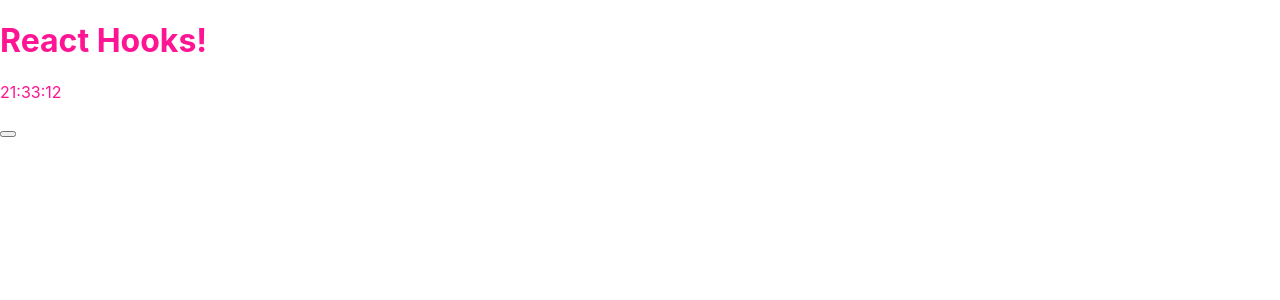
Repository: TranNgocPhuongNhi/react-hooks-basic
Page: /
The author's editor kept a copy of each file at every save. The page is drawn from the files as they stood at one save, then again after the next save.
The browser window is 1280 px wide. The pictures show the whole page.
The page's requests for data from a server got no answer. The project was rebuilt for these pictures with package versions that can differ from the ones it lists, and the page was loaded fresh each time. No one was signed in, and anything a server would have sent is missing. Also part of the build but not shown: src/components/TodoList/index.jsx, src/components/TodoForm/index.jsx, src/components/PostList/index.jsx, src/components/Pagination/index.jsx, src/components/PostFilterForm/index.jsx.

Above is the page before, as saved 2021-09-06 21:38:27.

After the next save:
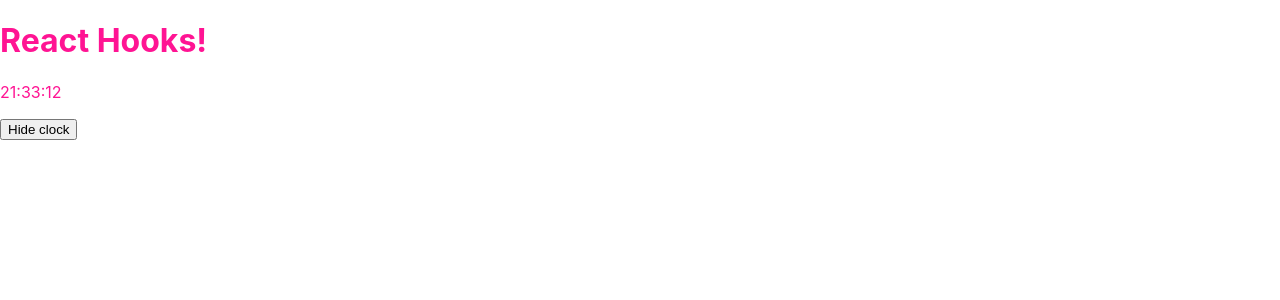
Saved 6 s later.
--- a/src/App.js
+++ b/src/App.js
@@ -98,7 +98,7 @@
       <TodoList todos = {todoList} onTodoClick={handleTodoClick}/> */}
 
       {showClock && <Clock />}
-      <button onClick={() => setShowClock(false)}></button>
+      <button onClick={() => setShowClock(false)}>Hide clock</button>
     </div>
   );
 }
